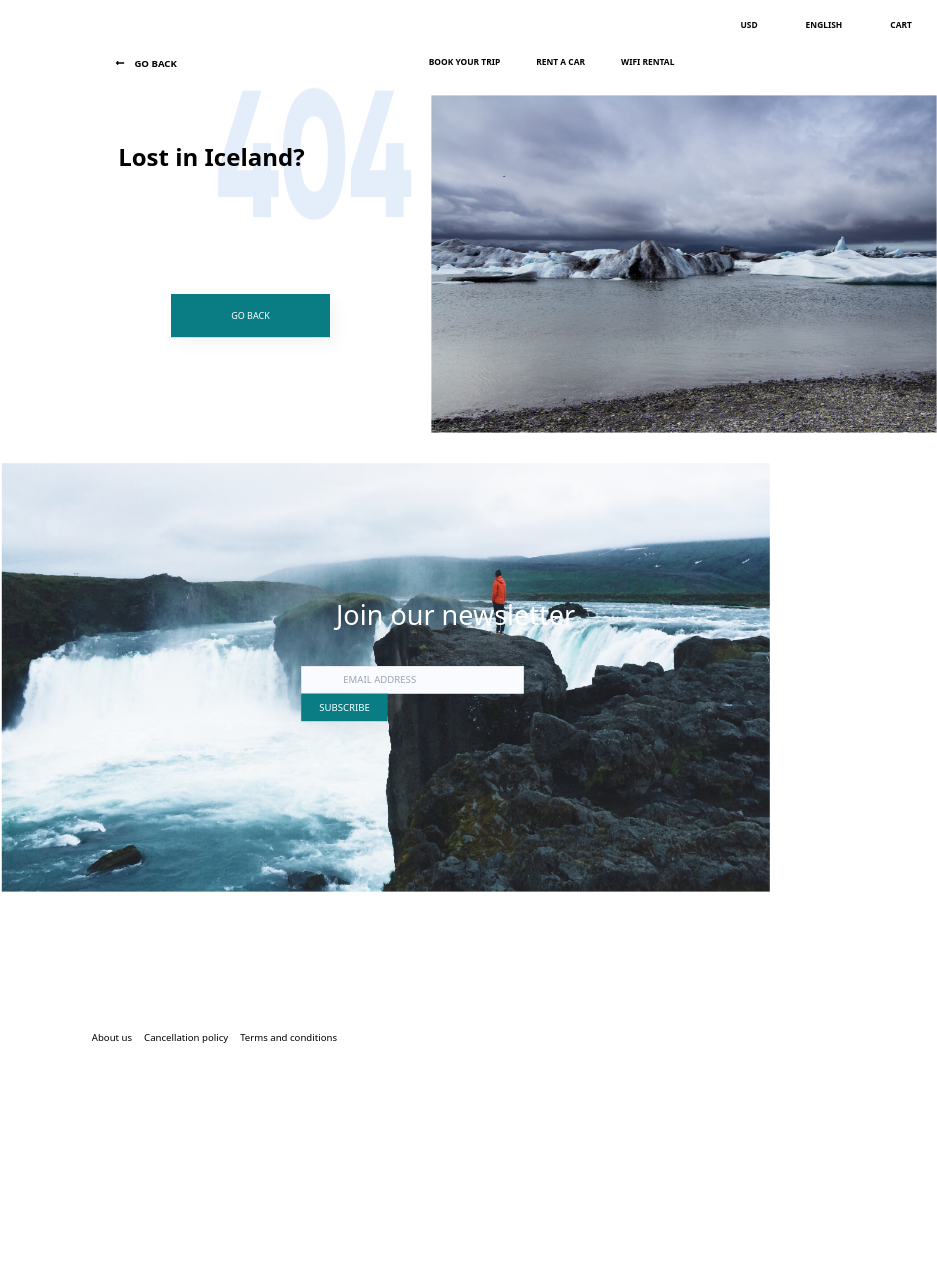
Repository: uh-sman/Iceland
Page: /
An editor plug-in stored every save of this project. The page is shown before and after the next save, followed by the edit.
The browser window is 1280 px wide. The page is 1561 px wide, so the pictures cover 1561 px, including what lies to the right of the window. The pictures show the whole page, at 60% of full size.
The project was rebuilt for these pictures with package versions that can differ from the ones it lists, and the page was loaded fresh each time.

Above is the page before, as saved 2022-09-09 12:10:55.

After the next save:
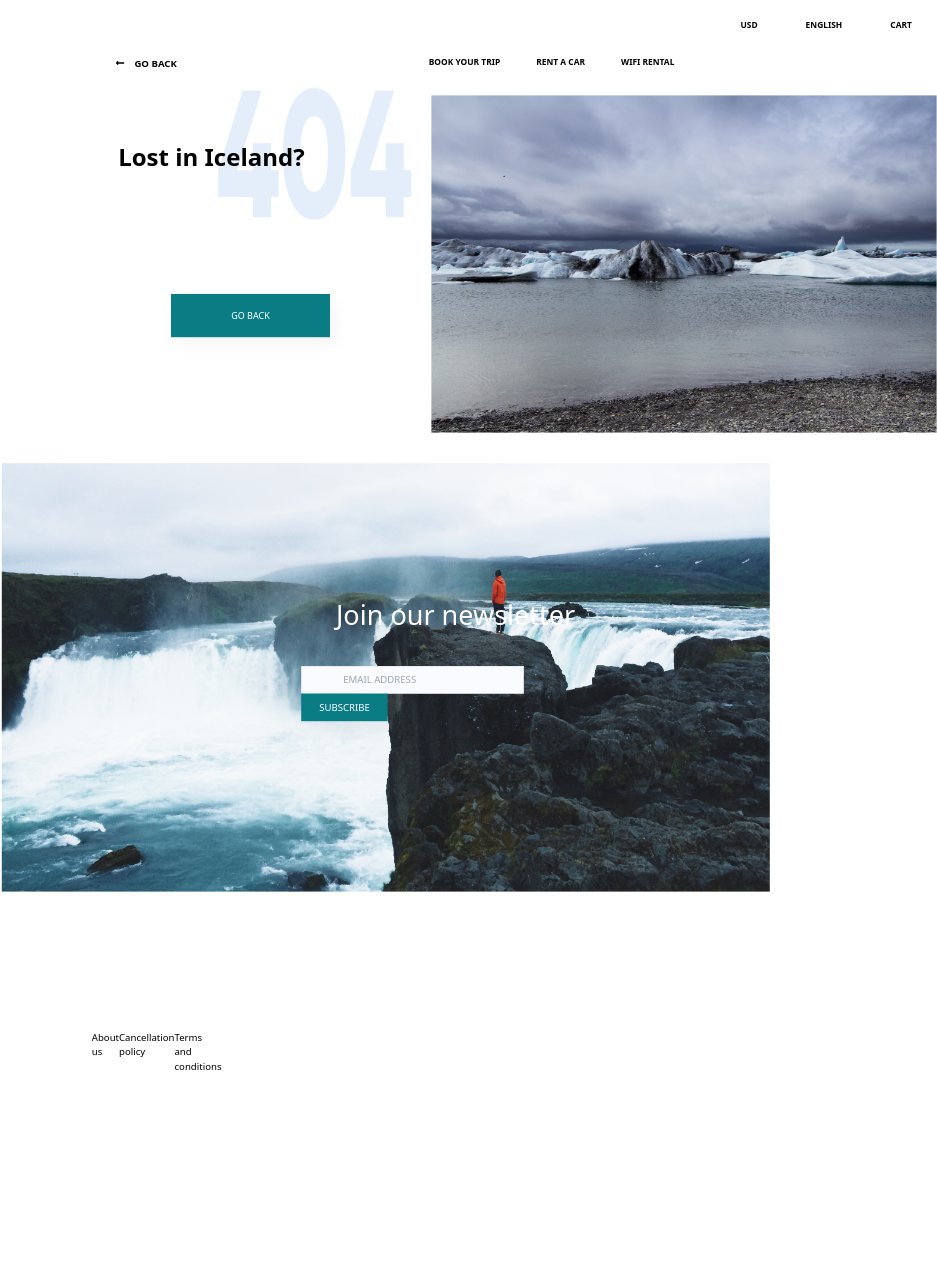
Saved 44 s later.
--- a/src/components/Footer.js
+++ b/src/components/Footer.js
@@ -5,7 +5,7 @@
     <div>
       <div className="absolute w-[1440px] h-[408px] left-[3px] top-[1717px] you">
         <div>
-          <ul className="flex gap-[20px] left-[150px] absolute">
+          <ul className="flex w-[62px] left-[150px] absolute">
             <li>About us</li>
             <li>Cancellation policy</li>
             <li>Terms and conditions</li>

After the save that followed:
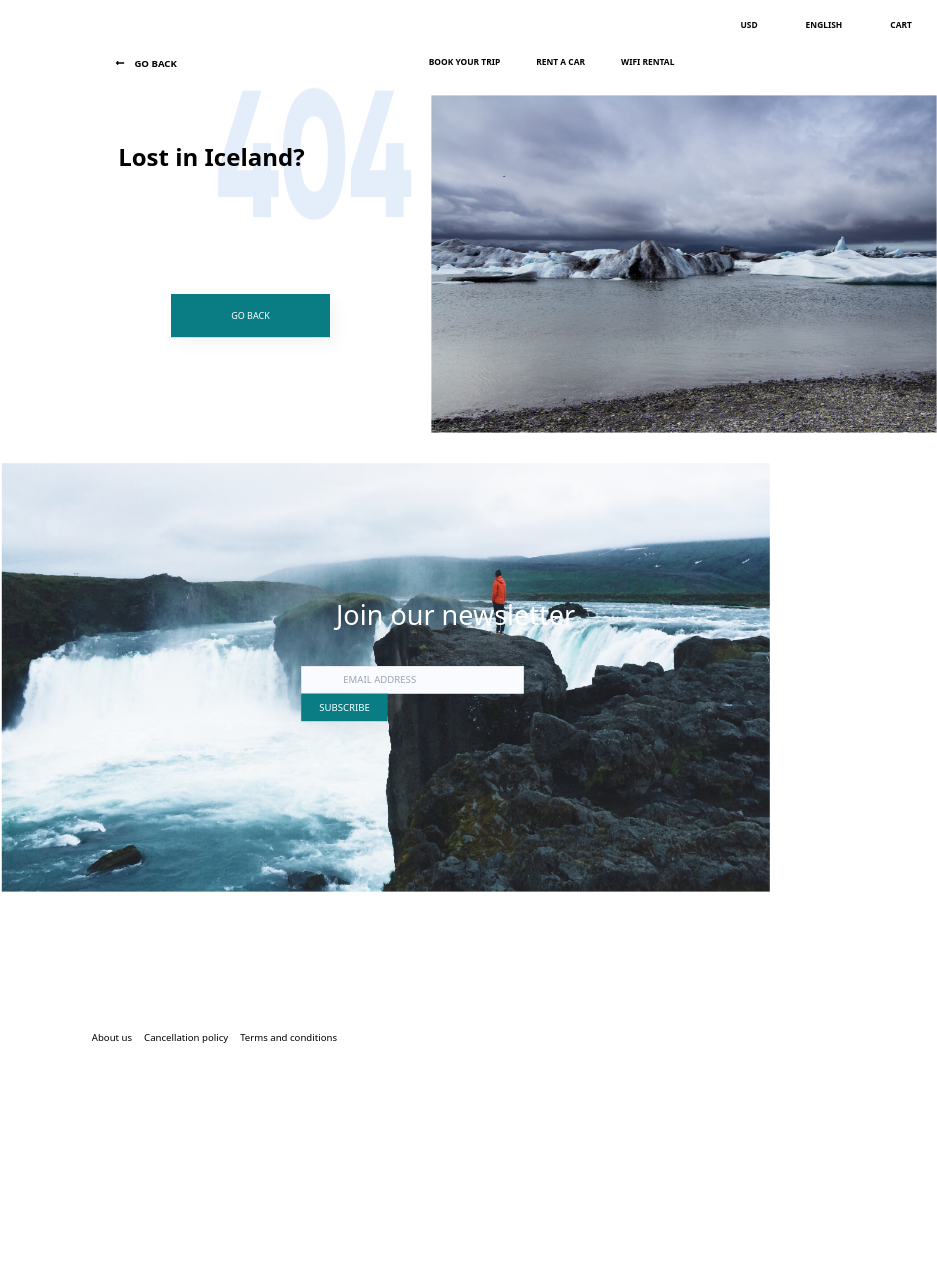
Saved 9 s later.
--- a/src/components/Footer.js
+++ b/src/components/Footer.js
@@ -5,7 +5,7 @@
     <div>
       <div className="absolute w-[1440px] h-[408px] left-[3px] top-[1717px] you">
         <div>
-          <ul className="flex w-[62px] left-[150px] absolute">
+          <ul className="flex gap-[20px] left-[150px] absolute">
             <li>About us</li>
             <li>Cancellation policy</li>
             <li>Terms and conditions</li>
